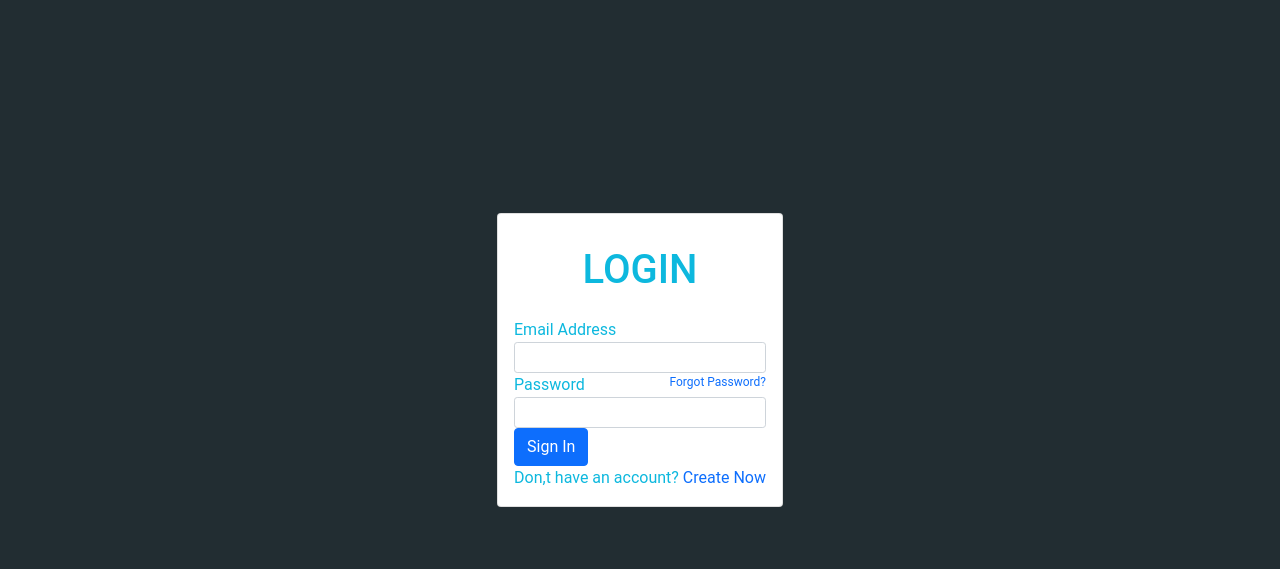
Repository: zjria/Bootstrap_logIn_1
Page: LoginPage/index.html
The author's editor kept a copy of each file at every save. The page is drawn from the files as they stood at one save, then again after the next save.
The browser window is 1280 px wide. The pictures show the whole page.

Above is the page before, as saved 2022-06-14 11:33:53.

After the next save:
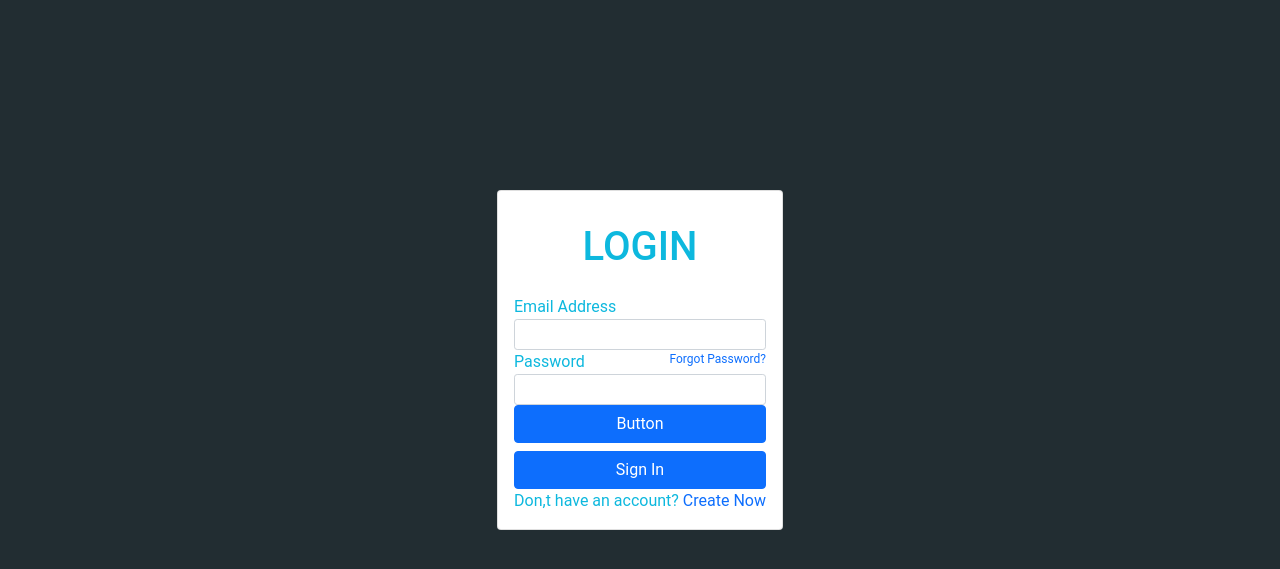
Saved 3 min 38 s later.
--- a/LoginPage/index.html
+++ b/LoginPage/index.html
@@ -34,10 +34,18 @@
 
                             <input type="password" class="form-control form-control-sm" id="exampleInputPassword1">
 
-                            <button type="submit" class="btn btn-primary btn-block">
-                            Sign In
 
-                            </button>
+                            <div class="d-grid gap-2">
+                                <button class="btn btn-primary" type="button">Button</button>
+                                <button type="submit" class="btn btn-primary btn-block">
+                                    Sign In
+
+                                </button>
+
+                              </div>
+
+
+
 
 
                         </div>
